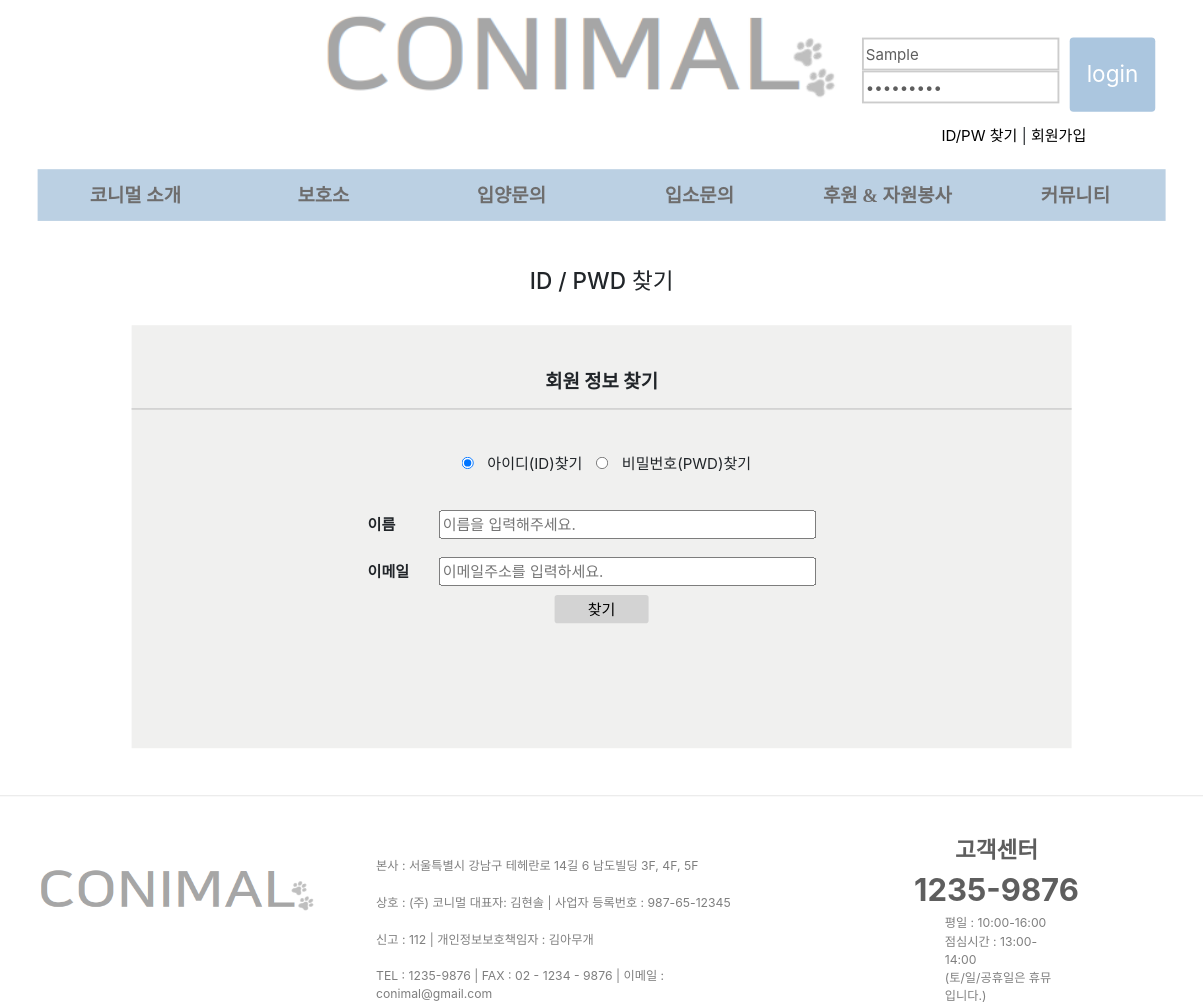
Repository: rlagusthf12/SemiProject
Page: http://localhost/conimal/views/member/searchIdPwdMainForm.jsp
These files come from the project's save history. The page is drawn as it stood at one moment and after the next save; the edit follows.
The browser window is 1280 px wide. The pictures show the whole page, at 94% of full size.
Empty fields were first filled with sample values (such as "Sample", 5 or name@example.com).
After loading, the first visible `#searchId` was changed once.
The page is served by Tomcat 9. Nobody is signed in. The application's start-up code is not run.

Above is the page before, as saved 2021-05-31 11:49:05.

After the next save:
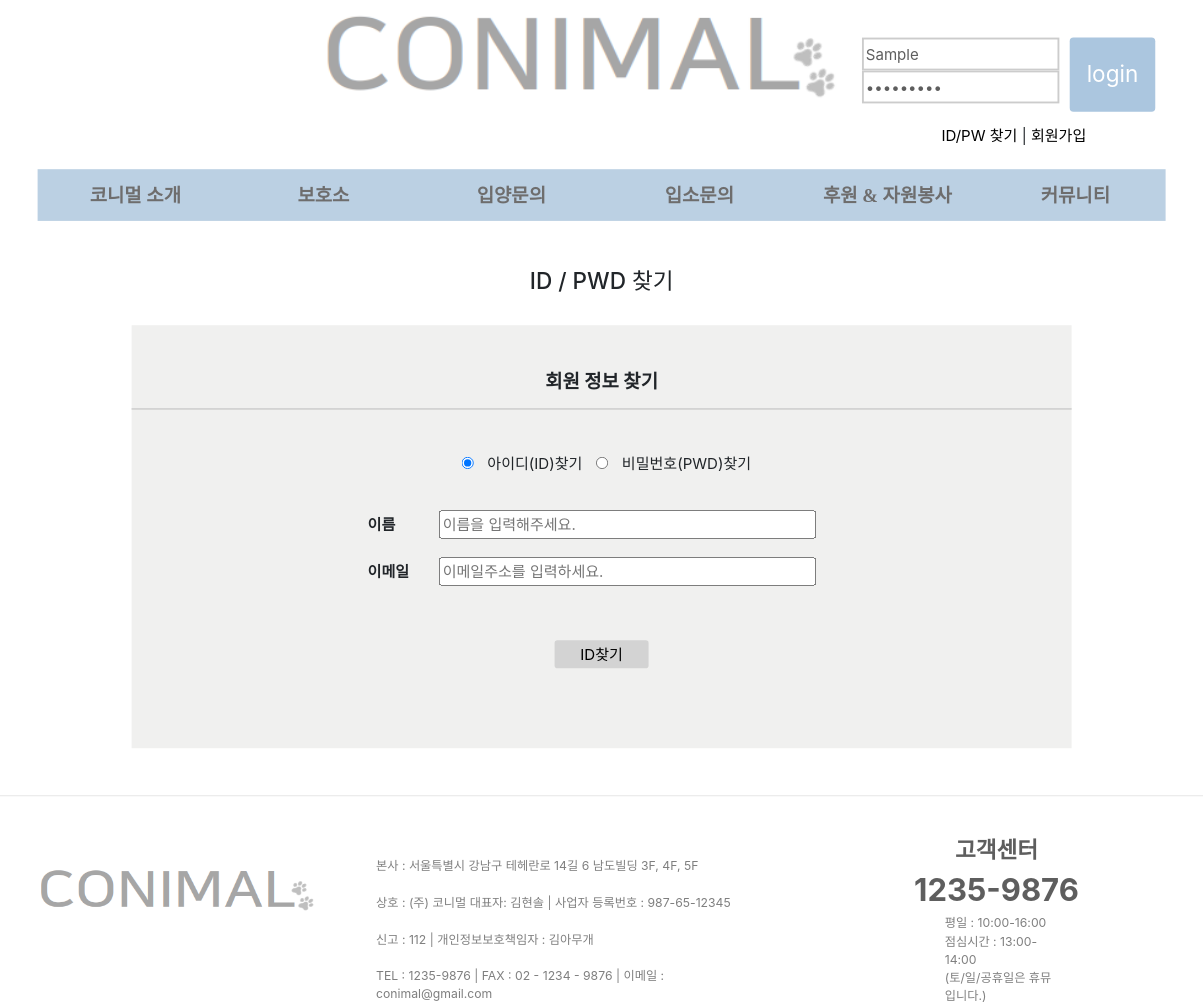
Saved 12 min 34 s later.
--- a/conimal/WebContent/views/member/searchIdPwdMainForm.jsp
+++ b/conimal/WebContent/views/member/searchIdPwdMainForm.jsp
@@ -1,6 +1,6 @@
 <%@ page language="java" contentType="text/html; charset=UTF-8"
     pageEncoding="UTF-8"%>
-<% int searchState = 1; %>
+
 <!DOCTYPE html>
 <html>
 <head>
@@ -104,51 +104,64 @@
                          $("#searchIdFormT").show();
                          $("#searchPwdFormT").hide();
                          $("#comment").hide();
-                         searchState = 2;
+
                       }else if($('input:radio[id=searchPwd]').is(':checked')){
-                    	  $("#searchIdFormT").show();
+                         $("#searchIdFormT").hide();
                          $("#searchPwdFormT").show();
                          $("#comment").hide();
-                         searchState = 3;
+
                       }
                    }
 
                 </script>
                    <!-- 아이디 찾기 버튼클릭시 활성화 -->
                    <div id="searchIdFormT">
-	            		<form action="<%=contextPath %>/searchId.me" id="searchForm">
-	                        <input type="hidden" name="searchStateN" value="<%=searchState%>">
-	                         <table id="searchFormT" >
-	                           <tr>
-	                               <th>이름</th>
-	                               <td colspan="2">
-	                                   <input name="memName" type="text"class="userName" id="userName" placeholder="이름을 입력해주세요." required>
-	                               </td>
-	                           </tr>
-	                           <tr>
-	                               <th>이메일</th>
-	                               <td><input name="email" type="text" id="email" class="email" placeholder="이메일주소를 입력하세요." required></td>
-	                           </tr>
-	                       </table>
+                     <form action="<%=contextPath %>/searchId.me" id="searchForm">
+                            <table id="searchFormT" >
+                              <tr>
+                                  <th>이름</th>
+                                  <td colspan="2">
+                                      <input name="memName" type="text"class="userName" id="userName" placeholder="이름을 입력해주세요." required>
+                                  </td>
+                              </tr>
+                              <tr>
+                                  <th>이메일</th>
+                                  <td><input name="email" type="text" id="email" class="email" placeholder="이메일주소를 입력하세요." required></td>
+                              </tr>
+                          </table>
+                          <br> <br>
+                              <button type="submit"  id="btn" class="submitB" style=" margin:auto; background:lightgray; border: 20px; border-radius: 3px;" >ID찾기</button>
+                          </form>
+                           </div>
 
-	                        <div id="searchPwdFormT">
-			                     <table id="searchFormT" >
 
-			                         <tr>
-			                             <th>아이디</th>
-			                             <td colspan="2">
-			                                 <input name="memId" type="text"class="userId" id="userId" placeholder="아이디를 입력하세요." >
-			                             </td>
-			                         </tr>
+                           <div id="searchPwdFormT">
+                           <form action="<%=contextPath %>/searchPwd.me" id="searchForm">
 
-			                     </table>
+                           <table id="searchFormT" >
+                              <tr>
+                                  <th>이름</th>
+                                  <td colspan="2">
+                                      <input name="memName" type="text"class="userName" id="userName" placeholder="이름을 입력해주세요." required>
+                                  </td>
+                              </tr>
+                              <tr>
+                                      <th>아이디</th>
+                                      <td colspan="2">
+                                          <input name="memId" type="text"class="userId" id="userId" placeholder="아이디를 입력하세요." >
+                                      </td>
+                                  </tr>
+                              <tr>
+                                  <th>이메일</th>
+                                  <td><input name="email" type="text" id="email" class="email" placeholder="이메일주소를 입력하세요." required></td>
+                              </tr>
+                          </table>
+                          <br> <br>
+                             <button type="submit"  id="btn" class="submitB" style=" margin:auto; background:lightgray; border: 20px; border-radius: 3px;" >PWD찾기</button>
+                        </form>
+                       </div>
 
-	                       </div>
-
-	                       <button type="submit"  id="btn" class="submitB" style=" margin:auto; background:lightgray; border: 20px; border-radius: 3px;" >찾기</button>
-	           			 </form>
-                     </div>
-                 		<div id="comment">
+                       <div id="comment">
                             <b id="coment" style="margin-left:325px; margin-top:30px; text-align:center; vertical-align:middle">아이디 혹은 비밀번호 찾기 버튼을 클릭해주세요♥</b>
                        </div>
                   <!-- 비밀번호 변경 클릭시 활성화 -->
